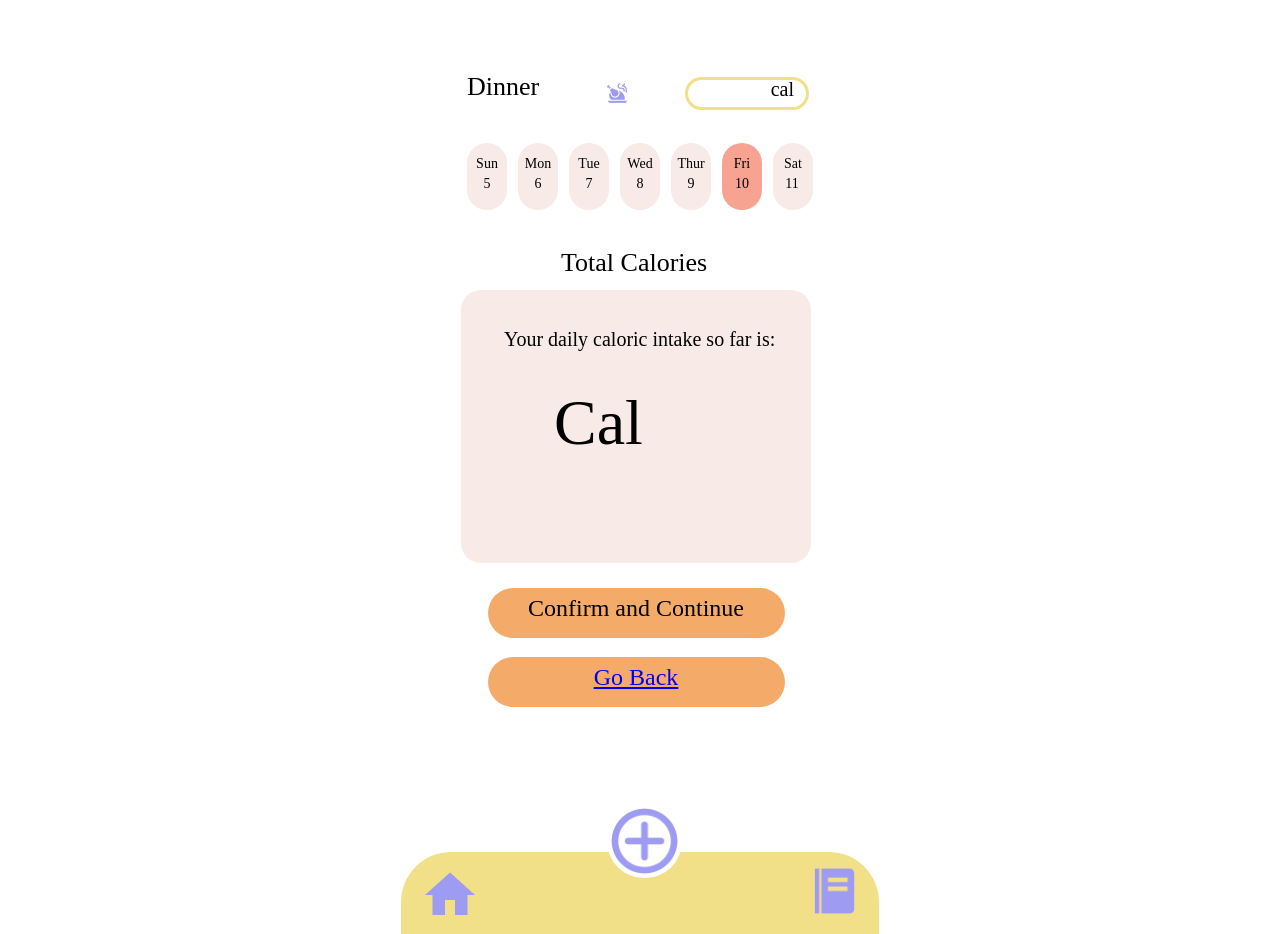
Repository: MeowCeline00/G5-Calorie-Tracker
Page: DinnerCalCounter/index.html
These files come from the project's save history. The page is drawn as it stood at one moment and after a run of saves; the edit follows.
The browser window is 1280 px wide. The pictures show the whole page.

Above is the page before, as saved 2024-05-26 06:12:00.

### DinnerCalCounter/index.html
<!DOCTYPE html>
<html>
<head>
  	<meta charset="utf-8">
  	<meta name="viewport" content="initial-scale=1, width=device-width">

  	<link rel="stylesheet" href="./global.css" />
  	<link rel="stylesheet"  href="./index.css" />

</head>
<body>
	<div class="pageContainer">
		<div class="pageInnerContainer">
			<!-- <div class="add-page-container"> -->
  	<div class="add-page">
    		<div class="add-page-child">
    		</div>
    		<div class="add-page-item">
    		</div>
    		<div class="add-page-inner">
    		</div>
    		<div class="rectangle-div">
    		</div>
    		<div class="add-page-child1">
    		</div>
    		<div class="add-page-child2">
    		</div>
    		<div class="add-page-child3">
    		</div>
    		<div class="add-page-child4">
    		</div>

    		<div class="total-calories">Total Calories</div>
    		<div class="breakfast">Dinner</div>
    		<div class="div">5</div>
    		<div class="sun">Sun</div>
    		<div class="mon">Mon</div>
    		<div class="tue">Tue</div>
    		<div class="wed">Wed</div>
    		<div class="thur">Thur</div>
    		<div class="fri">Fri</div>
    		<div class="sat">Sat</div>
    		<div class="div1">6</div>
    		<div class="div2">7</div>
    		<div class="div3">8</div>
    		<div class="div4">9</div>
    		<div class="div5">10</div>
    		<div class="div6">11</div>
    		<div class="add-page-child5">
    		</div>
    		<div class="add-page-child6">
    		</div>
    		<div class="confirm-and-continue">Confirm and Continue</div>
			<div  class="go-back"><a href="/dinnerAddPage/index.html">Go Back</a></div>    		<div class="add-page-child7">
    		</div>
    		<div class="cal">cal</div>
    		<img class="fluent-mdl2breakfast-icon" alt="diner" src="/Images/mdi_dinner.png">

    		<div class="add-page-child8">
    		</div>
    		<div class="your-daily-caloric">Your daily caloric intake so far is:</div>
    		<div class="cal1">
      			<span></span>
      			<span class="cal2">Cal</span>
			</div>
			</div>

	  <div class="navBarContainer">
		<div class="navBar"
		<a href="/index.html"><img class="image1" src="/Images/Vector.png "></a>
		<a href="/index.html"><img class="image02"src="/Images/vector02.png "></a>
		<a href="/index.html"><img class="image03" src="/Images/Vector1.png"></a>
		</div>
	</div>
</div>
</div>




</body>
</html>

### DinnerCalCounter/global.css

body {
    margin: 0;
    line-height: normal;
}


:root {

    /* fonts */
    --body-20-medium: Catamaran;
    --heading-26-regular: Saira;

    /* font sizes */
    --body-20-medium-size: 20px;
    --font-size-sm: 14px;
    --heading-26-regular-size: 26px;
    --body-24-regular-size: 24px;

    /* Colors */
    --purple: #9e9bf2;
    --yellow: #f2e088;
    --color-black: #000;
    --lighter-nav-bar: rgba(247, 232, 229, 0.9);
    --color-sandybrown: rgba(242, 149, 68, 0.8);

    /* Border radiuses */
    --br-xl: 20px;
    --br-17xl: 36px;

}

### DinnerCalCounter/index.css
.add-page-child {
    position: absolute;
    top: 582px;
    left: 0px;
    width: 393px;
    height: 55px;
}
.add-page-item {
    position: absolute;
    top: 143px;
    left: 26px;
    border-radius: var(--br-xl);
    background-color: var(--lighter-nav-bar);
    width: 40px;
    height: 67px;
}
.add-page-inner {
    position: absolute;
    top: 143px;
    left: 77px;
    border-radius: var(--br-xl);
    background-color: var(--lighter-nav-bar);
    width: 40px;
    height: 67px;
}
.rectangle-div {
    position: absolute;
    top: 143px;
    left: 128px;
    border-radius: var(--br-xl);
    background-color: var(--lighter-nav-bar);
    width: 40px;
    height: 67px;
}
.add-page-child1 {
    position: absolute;
    top: 143px;
    left: 179px;
    border-radius: var(--br-xl);
    background-color: var(--lighter-nav-bar);
    width: 40px;
    height: 67px;
}
.add-page-child2 {
    position: absolute;
    top: 143px;
    left: 230px;
    border-radius: var(--br-xl);
    background-color: var(--lighter-nav-bar);
    width: 40px;
    height: 67px;
}
.add-page-child3 {
    position: absolute;
    top: 143px;
    left: 281px;
    border-radius: var(--br-xl);
    background-color: rgba(242, 126, 99, 0.7);
    width: 40px;
    height: 67px;
}
.add-page-child4 {
    position: absolute;
    top: 143px;
    left: 332px;
    border-radius: var(--br-xl);
    background-color: var(--lighter-nav-bar);
    width: 40px;
    height: 67px;
}
.nav-bar-icon {
    position: absolute;
    top: 726px;
    left: 0px;
    width: 393px;
    height: 126px;
}
.total-calories {
    position: absolute;
    top: 248px;
    left: 120px;
    font-size: var(--heading-26-regular-size);
    font-weight: 500;
    font-family: var(--heading-26-regular);
    text-align: left;
    display: inline-block;
    width: 163px;
    height: 42px;
}
.breakfast {
    position: absolute;
    top: 72px;
    left: 26px;
    font-size: var(--heading-26-regular-size);
    font-weight: 500;
    font-family: var(--heading-26-regular);
    text-align: left;
    display: inline-block;
    width: 130px;
    height: 42px;
}
.div {
    position: absolute;
    top: 176px;
    left: 26px;
    display: inline-block;
    width: 40px;
    height: 42px;
}
.sun {
    position: absolute;
    top: 156px;
    left: 26px;
    display: inline-block;
    width: 40px;
    height: 20px;
}
.mon {
    position: absolute;
    top: 156px;
    left: 77px;
    display: inline-block;
    width: 40px;
    height: 20px;
}
.tue {
    position: absolute;
    top: 156px;
    left: 128px;
    display: inline-block;
    width: 40px;
    height: 20px;
}
.wed {
    position: absolute;
    top: 156px;
    left: 179px;
    display: inline-block;
    width: 40px;
    height: 20px;
}
.thur {
    position: absolute;
    top: 156px;
    left: 230px;
    display: inline-block;
    width: 40px;
    height: 20px;
}
.fri {
    position: absolute;
    top: 156px;
    left: 281px;
    display: inline-block;
    width: 40px;
    height: 20px;
}
.sat {
    position: absolute;
    top: 156px;
    left: 332px;
    display: inline-block;
    width: 40px;
    height: 20px;
}
.div1 {
    position: absolute;
    top: 176px;
    left: 77px;
    display: inline-block;
    width: 40px;
    height: 42px;
}
.div2 {
    position: absolute;
    top: 176px;
    left: 128px;
    display: inline-block;
    width: 40px;
    height: 42px;
}
.div3 {
    position: absolute;
    top: 176px;
    left: 179px;
    display: inline-block;
    width: 40px;
    height: 42px;
}
.div4 {
    position: absolute;
    top: 176px;
    left: 230px;
    display: inline-block;
    width: 40px;
    height: 42px;
}
.div5 {
    position: absolute;
    top: 176px;
    left: 281px;
    display: inline-block;
    width: 40px;
    height: 42px;
}
.div6 {
    position: absolute;
    top: 176px;
    left: 332px;
    display: inline-block;
    width: 38px;
    height: 42px;
}
.add-page-child5 {
    position: absolute;
    top: 588px;
    left: 47px;
    border-radius: var(--br-17xl);
    background-color: var(--color-sandybrown);
    width: 297px;
    height: 50px;
}
.add-page-child6 {
    position: absolute;
    top: 657px;
    left: 47px;
    border-radius: var(--br-17xl);
    background-color: var(--color-sandybrown);
    width: 297px;
    height: 50px;
}
.confirm-and-continue {
    position: absolute;
    top: 595px;
    left: 80px;
    font-size: var(--body-24-regular-size);
    display: inline-block;
    width: 230px;
    height: 42px;
}
.go-back {
    position: absolute;
    top: 664px;
    left: 80px;
    font-size: var(--body-24-regular-size);
    display: inline-block;
    width: 230px;
    height: 42px;
    cursor: pointer;
    text-decoration: none;
    color: black
}
.add-page-child7 {
    position: absolute;
    top: 77px;
    left: 244px;
    border-radius: var(--br-xl);
    background-color: #fff;
    border: 3px solid var(--yellow);
    box-sizing: border-box;
    width: 124px;
    height: 33px;
}
.cal {
    position: absolute;
    top: 78px;
    left: 313px;
    font-size: var(--body-20-medium-size);
    font-weight: 500;
    color: var(--color-cornflowerblue);
    text-align: right;
    display: inline-block;
    width: 40px;
    height: 23px;
}
.fluent-mdl2breakfast-icon {
    position: absolute;
    top: 81px;
    left: 164px;
    width: 25px;
    height: 25px;
}
.add-page-child8 {
    position: absolute;
    top: 290px;
    left: 20px;
    border-radius: var(--br-xl);
    background-color: var(--lighter-nav-bar);
    width: 350px;
    height: 273px;
}
.your-daily-caloric {
    position: absolute;
    top: 328px;
    left: 63px;
    font-size: var(--body-20-medium-size);
}
.cal2 {
    color: var(--color-cornflowerblue);
}
.cal1 {
    position: absolute;
    top: 386px;
    left: 113px;
    font-size: 64px;
    text-align: right;
}
.add-page {
    width: 100%;
    position: relative;
    background-color: rgba(255, 255, 255, 0.92);
    height: 852px;
    overflow: hidden;
    text-align: center;
    font-size: var(--font-size-sm);
    color: var(--color-black);
    font-family: var(--body-20-medium);
    left: 40px;
}


.navBar {
    background-color: #F2E088;
    width: 430px;
    height: 50px;
    display: flex;
    flex-direction: row;
    justify-content: space-between;
    align-items: center;
    padding-left: 1.5em;
    padding-right: 1.5em;
    padding-top: 1em;
    padding-bottom: 1em;
    border-top-left-radius: 50px;
    border-top-right-radius: 50px;
}

.image1 {
    width: 50px;
    height: 42.5;
}
.image02 {
    position: relative;
    width: 66.67px;
    height: 66.67px;
    background-color: #fff;
    padding:0.25em ;
    border-radius: 360px;
    top: -50px;
}

.image03 {
    width: 41.25px;
    height: 45.58;
}

.navBar a {
    padding: 0em;
    margin: 0em;
}

.pageContainer {
    display: flex;

    flex-direction: column;
    align-items: center;


}
.pageInnerContainer {
    display: flex;
    flex-direction: column;
    align-items: center;
    justify-content: center;

}

.add-page-container {
    display: flex;
    justify-content: center;
    flex-direction: column;
}

After the next 2 saves:
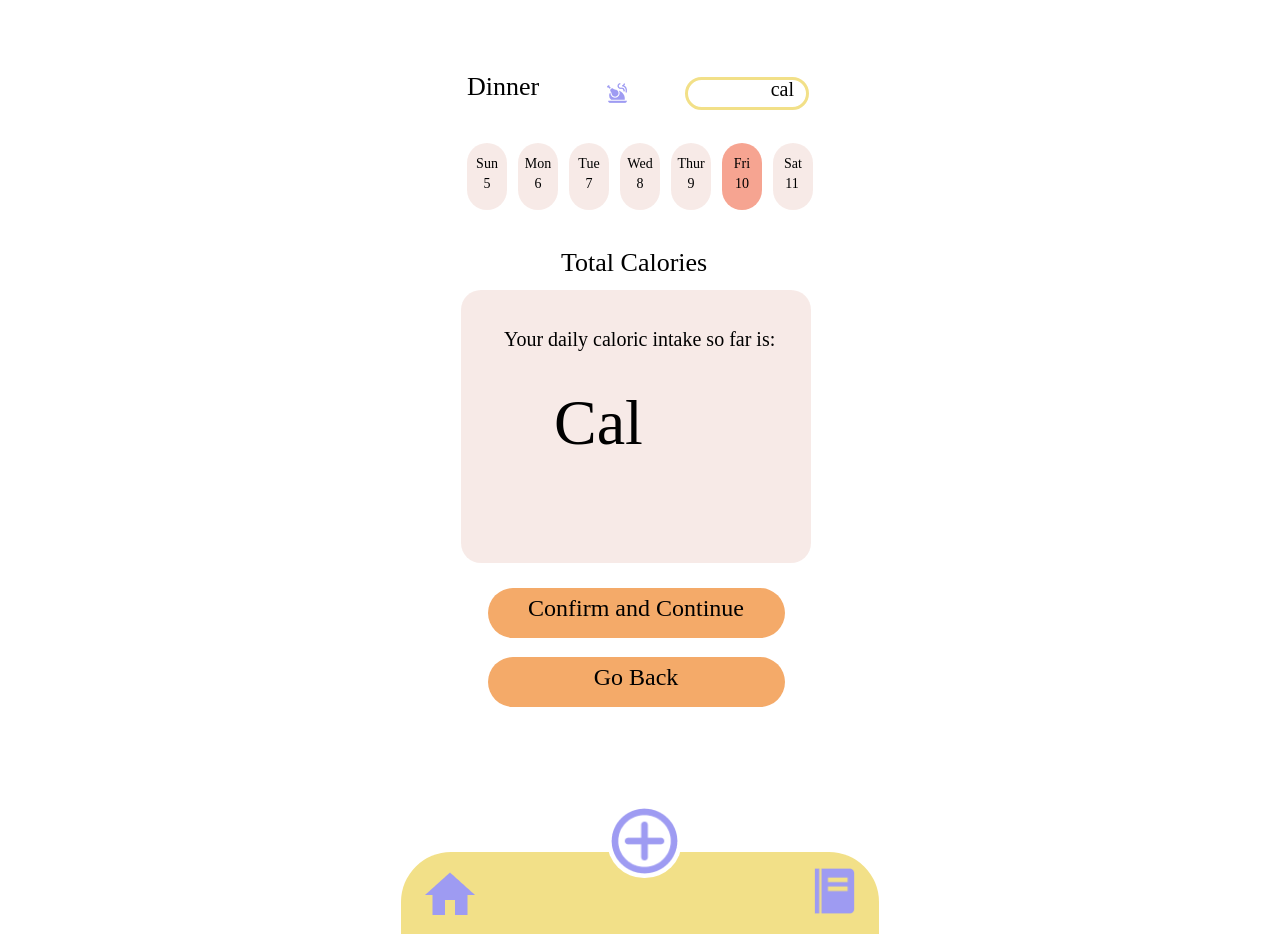
The 2 saves are shown as one change because they came seconds apart.
The last was saved 15 s later.
--- a/DinnerCalCounter/index.html
+++ b/DinnerCalCounter/index.html
@@ -51,7 +51,7 @@
     		<div class="add-page-child6">
     		</div>
     		<div class="confirm-and-continue">Confirm and Continue</div>
-			<div  class="go-back"><a href="/dinnerAddPage/index.html">Go Back</a></div>    		<div class="add-page-child7">
+			<div><a class="go-back" href="/dinnerAddPage/index.html">Go Back</a></div>    		<div class="add-page-child7">
     		</div>
     		<div class="cal">cal</div>
     		<img class="fluent-mdl2breakfast-icon" alt="diner" src="/Images/mdi_dinner.png">
